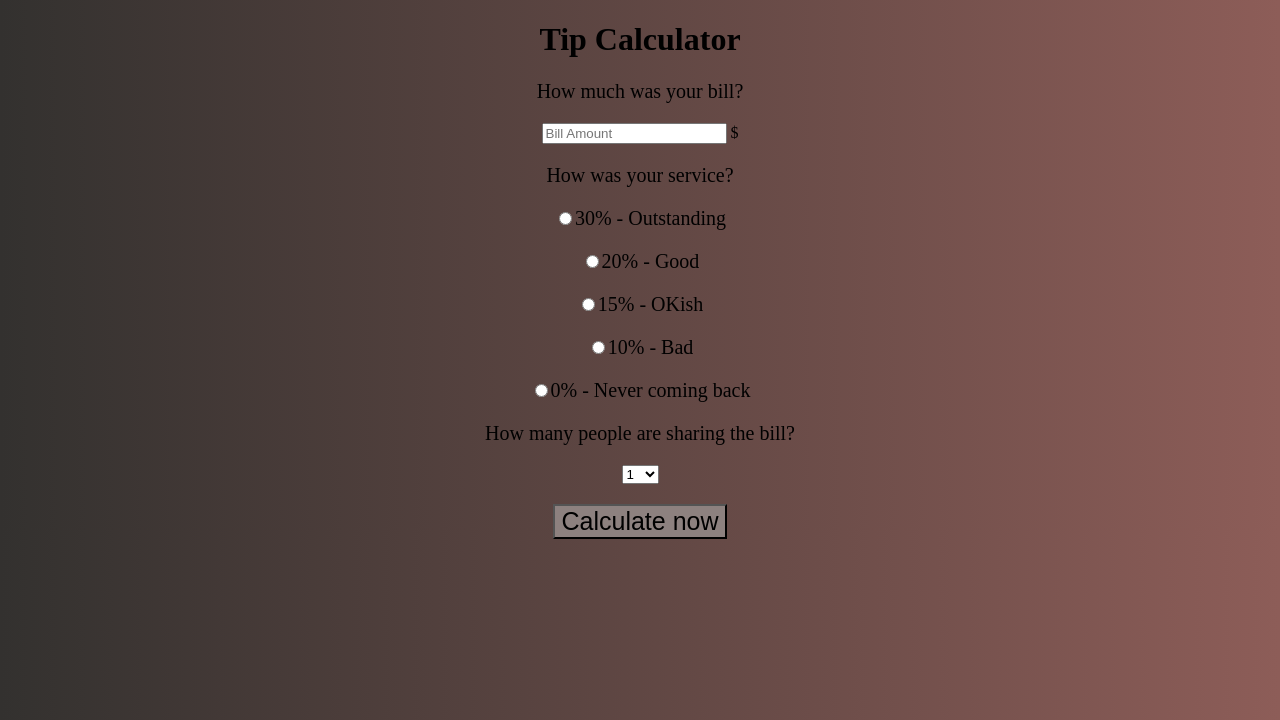
Repository: NiutaR/tip-calculator
Page: index.html
An editor plug-in stored every save of this project. The page is shown before and after a run of saves, followed by the edit.
The browser window is 1280 px wide. The pictures show the whole page.
The pointer rests on the first visible `button`.

Above is the page before, as saved 2021-07-24 17:17:28.

After the next 2 saves:
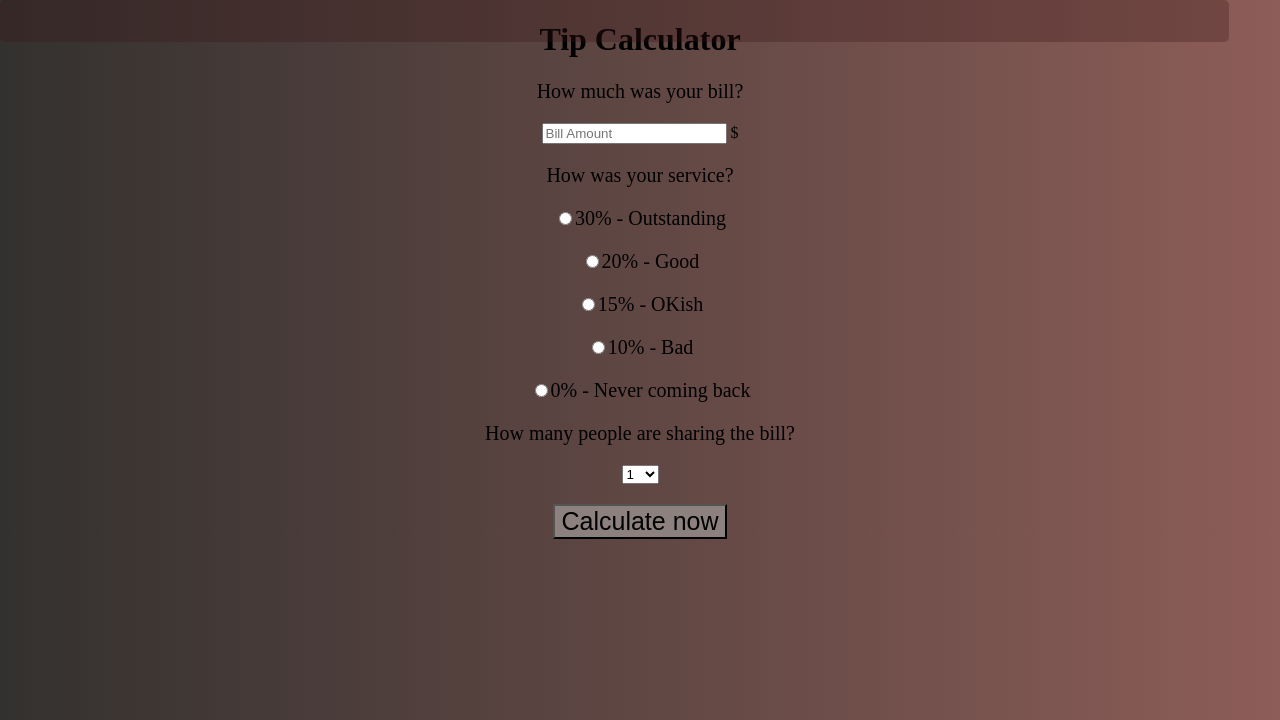
The 2 saves are shown as one change because they came seconds apart.
The last was saved 41 s later.
--- a/style.css
+++ b/style.css
@@ -32,3 +32,6 @@ button:before {
     border-radius: 5px;
     transition: all 2s ease;
 }
+button:hover:before {
+	width: 100%;
+}
